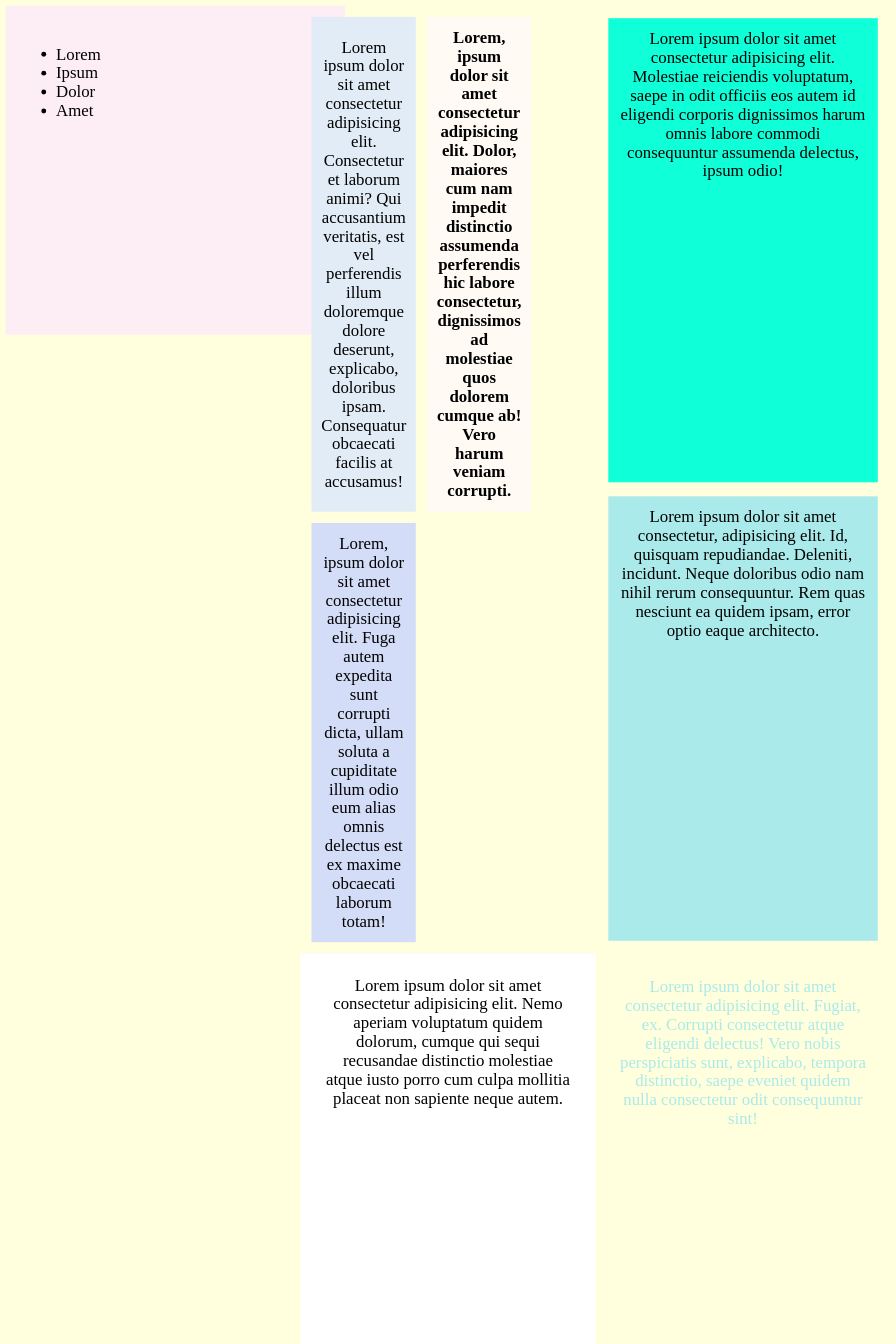
Repository: HTML-a-CSS-2/projekt-portfolio-Angelina555555
Page: .github/index.html
An editor plug-in stored every save of this project. The page is shown before and after the next save, followed by the edit.
The browser window is 1280 px wide. The pictures show the part of the page from y = 0 to 1920 px (the page is 4078 px tall), at 70% of full size.

Above is the page before, as saved 2022-05-15 19:40:37.

### .github/index.html
<!DOCTYPE html>
<html lang="en">
  <head>
    <meta charset="UTF-8" />
    <meta http-equiv="X-UA-Compatible" content="IE=edge" />
    <meta name="viewport" content="width=device-width, initial-scale=1.0" />
    <link rel="stylesheet" href="default.css" />
    <title>Document</title>
  </head>
  <body>
    <div class="menu">
      <ul id="nav">
        <li>Lorem</li>
        <li>Ipsum</li>
        <li>Dolor</li>
        <li>Amet</li>
      </ul>
    </div>
    <div class="article">
      <div class="article__element-jeden article__element-jeden--blue">
        Lorem ipsum dolor sit amet consectetur adipisicing elit. Consectetur et
        laborum animi? Qui accusantium veritatis, est vel perferendis illum
        doloremque dolore deserunt, explicabo, doloribus ipsam. Consequatur
        obcaecati facilis at accusamus!
      </div>
      <div
        class="article__element-dva article__element-dva--pink article__element-dva--big"
      >
        Lorem, ipsum dolor sit amet consectetur adipisicing elit. Dolor, maiores
        cum nam impedit distinctio assumenda perferendis hic labore consectetur,
        dignissimos ad molestiae quos dolorem cumque ab! Vero harum veniam
        corrupti.
      </div>
      <div class="article__element-tri article__element-tri--purple">
        Lorem, ipsum dolor sit amet consectetur adipisicing elit. Fuga autem
        expedita sunt corrupti dicta, ullam soluta a cupiditate illum odio eum
        alias omnis delectus est ex maxime obcaecati laborum totam!
      </div>
    </div>
    <div class="age">
      <div class="age__element-ctyri age__element-ctyri--green">
        Lorem ipsum dolor sit amet consectetur adipisicing elit. Molestiae
        reiciendis voluptatum, saepe in odit officiis eos autem id eligendi
        corporis dignissimos harum omnis labore commodi consequuntur assumenda
        delectus, ipsum odio!
      </div>
      <div class="age__element-pet age__element-pet--mint">
        Lorem ipsum dolor sit amet consectetur, adipisicing elit. Id, quisquam
        repudiandae. Deleniti, incidunt. Neque doloribus odio nam nihil rerum
        consequuntur. Rem quas nesciunt ea quidem ipsam, error optio eaque
        architecto.
      </div>
    </div>
    <div class="leader">
      <div class="leader__element-sest leader__element-sest--padding-small">
        Lorem ipsum dolor sit amet consectetur adipisicing elit. Nemo aperiam
        voluptatum quidem dolorum, cumque qui sequi recusandae distinctio
        molestiae atque iusto porro cum culpa mollitia placeat non sapiente
        neque autem.
      </div>
      <div class="leader__element-sedm leader__element-sedm--padding-small">
        Lorem ipsum dolor sit, amet consectetur adipisicing elit. Nulla ab iusto
        id explicabo, voluptates esse vero impedit temporibus voluptatum tenetur
        omnis a est pariatur eum officiis delectus facere provident dolorum.
      </div>
    </div>
    <div class="blok-posledni">
      <div class="blok-posledni__element-osm blok-posledni__element-osm--mint">
        Lorem ipsum dolor sit amet consectetur adipisicing elit. Fugiat, ex.
        Corrupti consectetur atque eligendi delectus! Vero nobis perspiciatis
        sunt, explicabo, tempora distinctio, saepe eveniet quidem nulla
        consectetur odit consequuntur sint!
      </div>
      <div
        class="blok-posledni__element-devet blok-posledni__element-devet--green"
      >
        Lorem ipsum dolor sit, amet consectetur adipisicing elit. Accusamus
        veritatis quam ex id quibusdam voluptatum, magni voluptas. Ab ipsam iure
        ea doloribus nulla cum voluptate maiores, ut ullam in sed.
      </div>
    </div>
  </body>
</html>

### .github/default.css
body {
  background-color: #ffffdd;
  display: grid;
  grid-template-columns: 1fr 1fr 1fr;
  grid-template-rows: 1fr 1fr 1fr;
}

.menu {
  width: 100%;
  height: 10%;
  grid-row-start: span 3;
  background-color: #fdedf5;
  padding: 2rem;
  font-size: 1.5rem;
}

.article,
.age,
.leader,
.blok-posledni {
  padding: 1rem;
  display: flex;
  flex-wrap: wrap;
  text-align: center;
  gap: 1rem;
}

.article__element-jeden,
.article__element-dva,
.article__element-tri {
  display: flex;
  justify-content: center;
  align-items: center;
  padding: 1rem 1rem;
  width: 30%;
  font-size: 1.5rem;
}

.article__element-jeden--blue {
  background-color: #e1ecf6;
}
.article__element-dva--pink {
  background-color: #fffbf4;
}
.article__element-tri--purple {
  background-color: #d4ddf7;
}

.article__element-dva--big {
  font-weight: bold;
}

.age__element-ctyri,
.age__element-pet,
.leader__element-sest,
.leader__element-sedm,
.blok-posledni__element-osm,
.blok-posledni__element-devet {
  padding: 1rem 1rem;
  margin: 2px;
  font-size: 1.5rem;
}

.age__element-ctyri--green {
  background-color: #0fffd9;
}
.age__element-pet--mint {
  background-color: #aaeaeb;
}
.leader {
  background-color: white;
}
.leader__element-sest--padding-small,
.leader__element-sedm--padding-small {
  padding: 0.9rem;
}
.blok-posledni__element-osm--mint {
  color: #aaeaeb;
}

.blok-posledni__element-devet--green {
  color: #0fffd9;
}

After the next save:
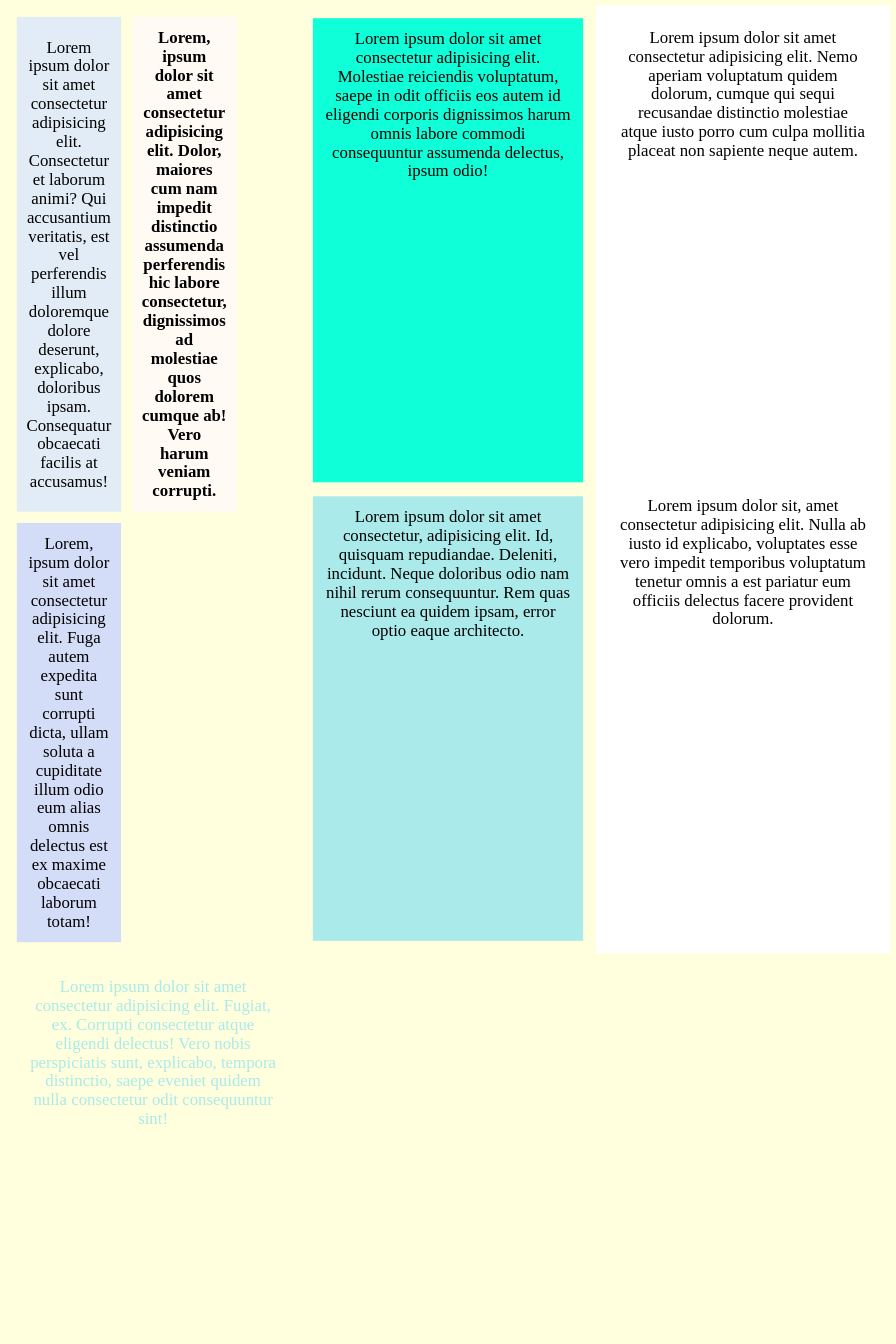
Saved 12 s later.
--- a/.github/default.css
+++ b/.github/default.css
@@ -8,7 +8,7 @@ body {
 .menu {
   width: 100%;
   height: 10%;
-  grid-row-start: span 3;
+  grid-row-start: 3;
   background-color: #fdedf5;
   padding: 2rem;
   font-size: 1.5rem;
